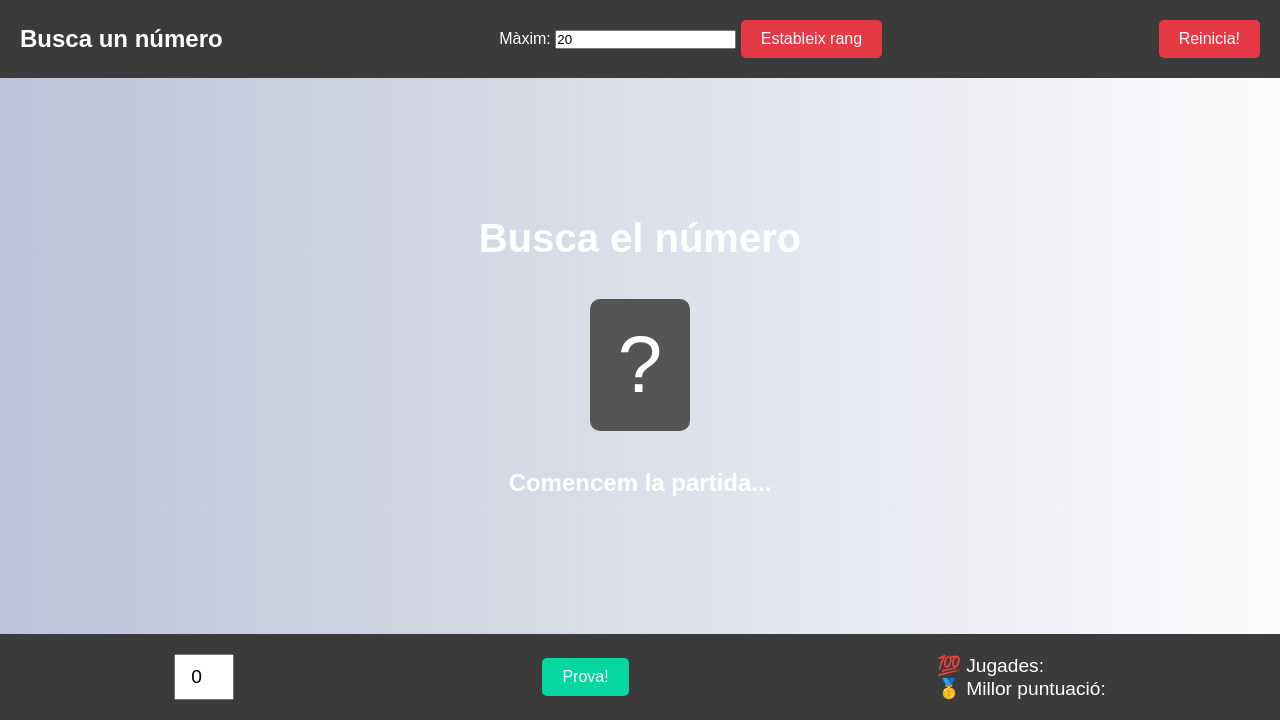
Repository: rdalmau23/M06_01
Page: index.html
An editor plug-in stored every save of this project. The page is shown before and after the next save, followed by the edit.
The browser window is 1280 px wide. The pictures show the whole page.

Above is the page before, as saved 2024-10-11 12:39:20.

### index.html
<!DOCTYPE html>
<html lang="en">
<head>
    <meta charset="UTF-8">
    <meta name="viewport" content="width=device-width, initial-scale=1.0">
    <title>Endivina el número</title>
    <link rel="stylesheet" href="style.css">
    <script src="script.js" defer></script>
</head>
<body>
    <header>
        <h2>Busca un número</h2>
        <div>
        <label for="max">Màxim:</label>
        <input type="number" id="max" value="20">
        <button onclick="setRange()">Estableix rang</button>
    </div>
        <button onclick="resetGame()" id="reset">Reinicia!</button>
    </header>
    <main id="main">
        <h1>Busca el número</h1> <br>
        <div id="display-num">?</div> <br>
        <h3 id="display-result">Comencem la partida...</h3>
    </main>
    <footer>
        <input type="number" value="0" id="num">
        <button onclick="playGame()" id="play">Prova!</button>
        <div>
            <div id="display-jugades">💯 Jugades: </div>
        <div id="display-puntuacio">🥇 Millor puntuació: </div>
        </div>
    </footer>
</body>
</html>

### style.css
* {
    margin: 0;
    padding: 0;
    box-sizing: border-box;
  }

  body {
    font-family: Arial, sans-serif;
    height: 100vh;
    display: flex;
    flex-direction: column;
    justify-content: space-between;
    background: linear-gradient(270deg, #ffffff, #001969);
    background-size: 400% 400%;
    animation: gradient-animation 12s ease infinite;
    position: relative;
  }

  @keyframes gradient-animation {
    0% {
      background-position: 0% 50%;
    }
    50% {
      background-position: 100% 50%;
    }
    100% {
      background-position: 0% 50%;
    }
  }

  header {
    background-color: #3b3b3b;
    color: white;
    padding: 20px;
    text-align: center;
    display: flex;
    justify-content: space-between;
    align-items: center;
  }

  header h2 {
    margin: 0;
  }

  header button {
    background-color: #e63946;
    border: none;
    color: white;
    padding: 10px 20px;
    cursor: pointer;
    border-radius: 5px;
    font-size: 16px;
    transition: background-color 0.3s ease;
  }

  header button:hover {
    background-color: #d62839;
  }

  main {
    flex-grow: 1;
    display: flex;
    flex-direction: column;
    justify-content: center;
    align-items: center;
  }

  main h1 {
    font-size: 2.5rem;
    color: white;
  }

  #display-num {
    font-size: 5rem;
    background-color: #555555;
    color: white;
    padding: 20px;
    width: 100px;
    text-align: center;
    border-radius: 10px;
    margin: 20px 0;
  }

  main h3 {
    font-size: 1.5rem;
    color: white;
  }

  footer {
    background-color: #3b3b3b;
    padding: 20px;
    display: flex;
    justify-content: space-around;
    align-items: center;
  }

  footer input[type="number"] {
    width: 60px;
    padding: 10px;
    font-size: 1.2rem;
    text-align: center;
  }

  footer button {
    background-color: #06d6a0;
    border: none;
    color: white;
    padding: 10px 20px;
    cursor: pointer;
    border-radius: 5px;
    font-size: 16px;
    transition: background-color 0.3s ease;
  }

  footer button:hover {
    background-color: #04b383;
  }

  footer div {
    font-size: 1.2rem;
    color: #ffffff;
  }

  /* Ajustes Responsive */
  @media (max-width: 600px) {
    header, footer {
      flex-direction: column;
      gap: 10px;
    }

    #display-num {
      font-size: 4rem;
      width: 80px;
    }

    footer button {
      font-size: 14px;
    }
  }

### script.js
let numero1 = Math.floor(Math.random() * 20 + 1); // Genera un número aleatori entre 1 i 20
let userInput = 0; // Inicialitza la variable d'entrada de l'usuari
let intents = 0; // Inicialitza el comptador d'intents
let millorPunt = Infinity; // Inicialitza la millor puntuació amb un valor molt alt
let sortida = ""; // Inicialitza el missatge de sortida

function playGame() {
    userInput = parseInt(document.getElementById("num").value); // Converteix l'entrada de l'usuari a un número enter

    if (userInput !== numero1) {
        intents++; // Incrementa el comptador d'intents
        if (userInput < numero1) {
            sortida = `El ${userInput} és massa petit, torna a provar.`; // Missatge si és massa petit
            document.getElementById("main").style.backgroundColor = "red"; // Canvia el fons a vermell
        } else {
            sortida = `El ${userInput} és massa gran, torna a provar.`; // Missatge si és massa gran
            document.getElementById("main").style.backgroundColor = "red"; // Canvia el fons a vermell
        }
    } else {
        intents++; // Incrementa el comptador d'intents per l'última jugada
        sortida = `Has endivinat el número ${numero1}!`; // Missatge d'encert
        document.getElementById("display-num").innerHTML = numero1; // Mostra el número correcte
        document.getElementById("main").style.backgroundColor = "green"; // Canvia el fons a verd

        // Comprovar si la puntuació actual és la millor
        if (intents < millorPunt) {
            millorPunt = intents; // Actualitza la millor puntuació
            document.getElementById("display-puntuacio").innerHTML = `🥇 Millor puntuació: ${millorPunt}`; // Mostra la millor puntuació
        }
    }

    // Actualitza els elements de la pantalla amb les jugades i el resultat
    document.getElementById("display-jugades").innerHTML = `💯 Jugades: ${intents}`;
    document.getElementById("display-result").innerHTML = `${sortida}`;
    document.getElementById("num").select(); // Selecciona el camp d'entrada per facilitar la nova jugada
}

function resetGame() {
    numero1 = Math.floor(Math.random() * 20 + 1); // Genera un nou número aleatori
    document.getElementById("display-num").innerHTML = "?"; // Reinicia la visualització del número
    document.getElementById("display-result").innerHTML = "Comencem la partida..."; // Mostra un missatge inicial
    intents = 0; // Reseteja el comptador d'intents
    document.getElementById("display-puntuacio").innerHTML = ""; // Neteja la millor puntuació
    document.getElementById("main").style.backgroundColor = ""; // Neteja el fons a l'estil original
}

After the next save:
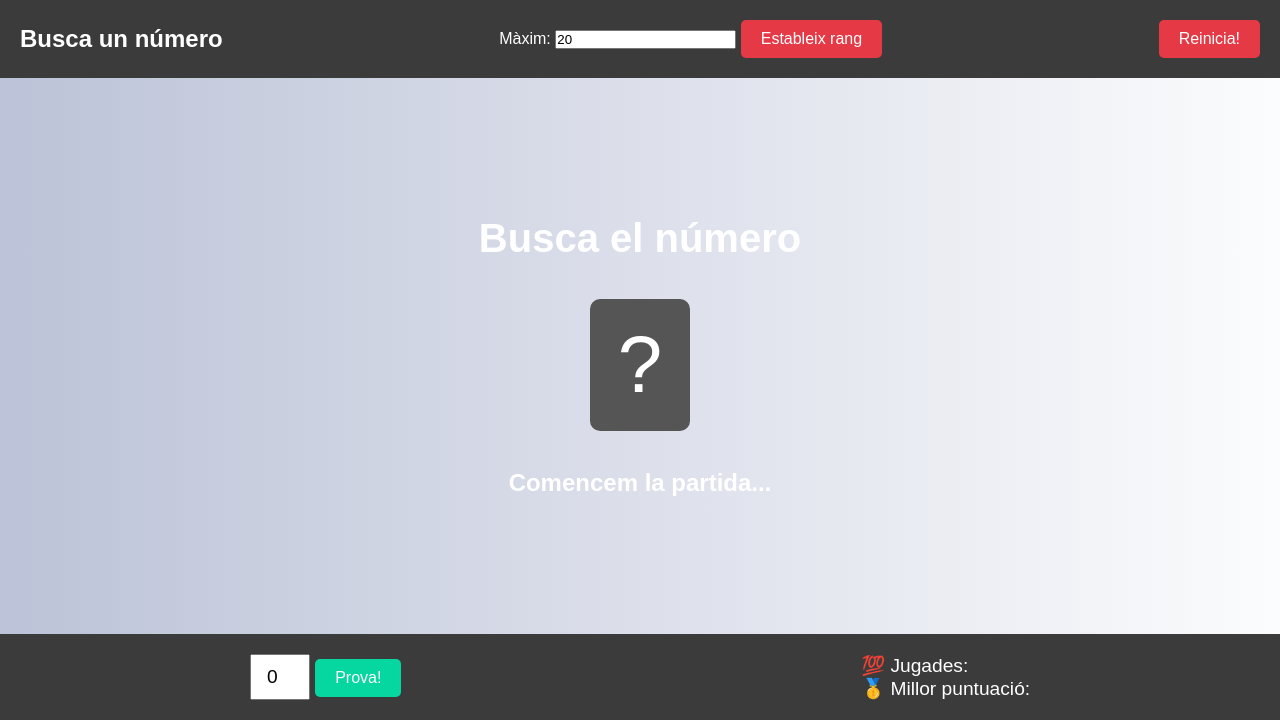
Saved 9 s later.
--- a/index.html
+++ b/index.html
@@ -23,8 +23,10 @@
         <h3 id="display-result">Comencem la partida...</h3>
     </main>
     <footer>
-        <input type="number" value="0" id="num">
+        <div>
+            <input type="number" value="0" id="num">
         <button onclick="playGame()" id="play">Prova!</button>
+        </div>
         <div>
             <div id="display-jugades">💯 Jugades: </div>
         <div id="display-puntuacio">🥇 Millor puntuació: </div>
